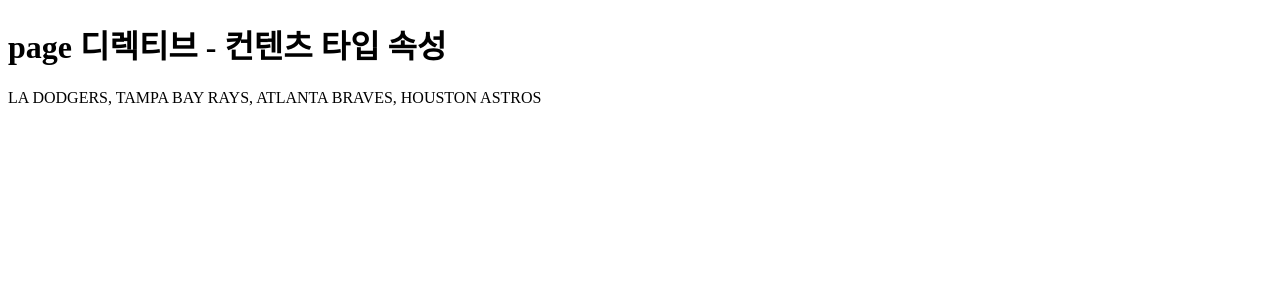
Repository: WK508/WK508---20201214_Webhosting
Page: http://localhost/Directive0312_2/contentType_2.jsp
An editor plug-in stored every save of this project. The page is shown before and after the next save, followed by the edit.
The browser window is 1280 px wide. The pictures show the whole page.
The page is served by Tomcat 9.

Above is the page before, as saved 2021-03-12 04:54:49.

After the next save:
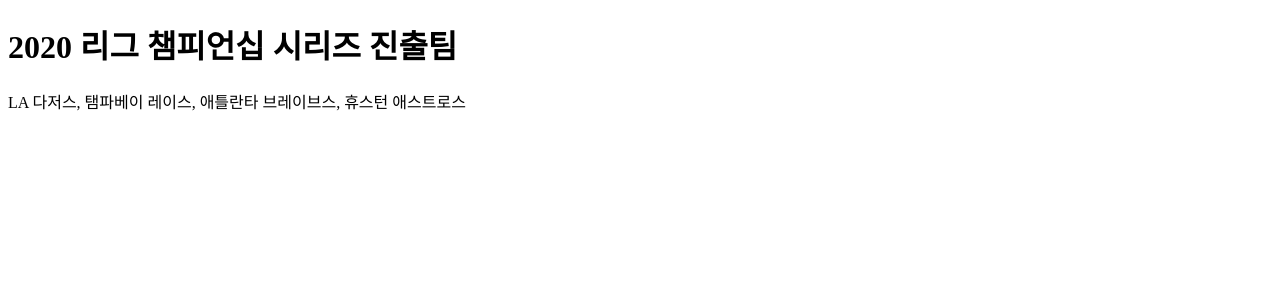
Saved 63 s later.
--- a/20210312/JSP/Directive0312_2/WebContent/contentType_2.jsp
+++ b/20210312/JSP/Directive0312_2/WebContent/contentType_2.jsp
@@ -4,10 +4,10 @@
 <html>
 <head>
 <meta charset="UTF-8">
-<title>page 디렉티브 - 컨텐츠 타입 속성</title>
+<title>2020 LCS 진출팀</title>
 </head>
 <body>
-   <h1>page 디렉티브 - 컨텐츠 타입 속성</h1>
-   <%="LA DODGERS, TAMPA BAY RAYS, ATLANTA BRAVES, HOUSTON ASTROS" %>
+   <h1>2020 리그 챔피언십 시리즈 진출팀</h1>
+   <%="LA 다저스, 탬파베이 레이스, 애틀란타 브레이브스, 휴스턴 애스트로스" %>
 </body>
 </html>
